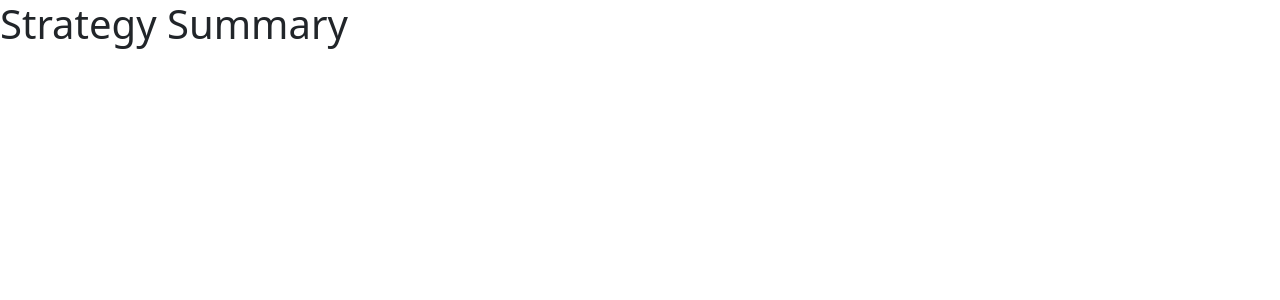
Repository: shiv-aye/stockEye
Page: src/index.html
An editor plug-in stored every save of this project. The page is shown before and after the next save, followed by the edit.
The browser window is 1280 px wide. The pictures show the whole page.
The page's requests for data from a server got no answer.

Above is the page before, as saved 2024-02-14 03:50:51.

### src/index.html
<!DOCTYPE html>
<html lang="en">

<head>
    <meta charset="UTF-8">
    <meta name="viewport" content="width=device-width, initial-scale=1.0">
    <title>Strategy Summary</title>
    <!-- Include Bootstrap 5 CSS -->
    <link rel="stylesheet" href="./../node_modules/bootstrap/dist/css/bootstrap.min.css">
    <!-- Include DataTables CSS -->
    <link rel="stylesheet" href="styles.css">
    <link rel="stylesheet" type="text/css"
        href="./../node_modules/datatables.net-bs5/css/dataTables.bootstrap5.min.css">
</head>

<body>
    <h1>Strategy Summary</h1>

    <!-- Container for tables -->
    <div id="tables-container"></div>

    <!-- Include jQuery -->
    <script src="../node_modules/jquery/dist/jquery.min.js"></script>

    <!-- Include Bootstrap 5 JavaScript -->
    <script src="../node_modules/bootstrap/dist/js/bootstrap.bundle.min.js"></script>

    <!-- Include DataTables JavaScript -->
    <script type="text/javascript" src="../node_modules/datatables.net/js/jquery.dataTables.min.js"></script>
    <script type="text/javascript" src="../node_modules/datatables.net-bs5/js/dataTables.bootstrap5.min.js"></script>

    <script>
        document.addEventListener('DOMContentLoaded', async () => {
            try {
                const response = await fetch('/strategy-summary'); // Send request to fetch strategy summary
                const data = await response.json(); // Parse response JSON
                if (response.ok) {
                    // Display tables for each stock
                    const tablesContainer = document.getElementById('tables-container');
                    data.forEach(stockData => {
                        const table = createDataTable(stockData.symbol, stockData.data);
                        tablesContainer.appendChild(table);
                    });
                } else {
                    console.error('Error fetching strategy summary:', data.error);
                }
            } catch (error) {
                console.error('Error fetching strategy summary:', error);
            }
        });

        // Function to create DataTable for a stock
        function createDataTable(symbol, stockData) {
            // Modify the symbol to make it suitable for use in an HTML ID
            const tableId = symbol.replace(/\W/g, '_') + '-table';

            // Create table element
            const table = document.createElement('table');
            table.id = tableId;
            table.classList.add('display');

            // Create table header
            const thead = document.createElement('thead');
            const headerRow = document.createElement('tr');
            ['Date', 'Closing Price', '% Change (Day)', '% Change (Week)'].forEach(column => {
                const th = document.createElement('th');
                th.textContent = column;
                headerRow.appendChild(th);
            });
            thead.appendChild(headerRow);
            table.appendChild(thead);

            // Create table body
            const tbody = document.createElement('tbody');
            stockData.forEach(data => {
                const row = document.createElement('tr');
                ['date', 'closingPrice', 'percentChangeDay', 'percentChangeWeek'].forEach(property => {
                    const cell = document.createElement('td');
                    cell.textContent = data[property];
                    row.appendChild(cell);
                });
                tbody.appendChild(row);
            });
            table.appendChild(tbody);

            // Initialize DataTable
            $(document).ready(function () {
                $('#' + tableId).DataTable();
            });

            return table;
        }
    </script>
</body>

</html>

### src/styles.css
/* styles.css */

/* Add borders to all table cells */
table {
    border-collapse: collapse;
    width: 100%;
}

table, th, td {
    border: 1px solid black;
}

/* Style table header */
th {
    background-color: #f2f2f2;
    color: black;
    padding: 8px;
    text-align: left;
}

/* Style table rows */
tr:hover {
    background-color: #f5f5f5;
}

/* Style table data cells */
td {
    padding: 8px;
    text-align: left;
}

/* Align table content to center */
#tables-container {
    text-align: center;
}

/* Apply pagination style */
.dataTables_paginate {
    margin-top: 10px;
}

.dataTables_paginate .paginate_button {
    border-radius: 0 !important;
    border: 1px solid #ccc;
    padding: 6px 12px;
    margin: 0 2px;
    cursor: pointer;
}

.dataTables_paginate .paginate_button:hover {
    background-color: #f2f2f2;
}

Loaded but not shown: node_modules/bootstrap/dist/css/bootstrap.min.css (library); node_modules/datatables.net-bs5/css/dataTables.bootstrap5.min.css (library); node_modules/jquery/dist/jquery.min.js (library); node_modules/bootstrap/dist/js/bootstrap.bundle.min.js (library); node_modules/datatables.net/js/jquery.dataTables.min.js (library); node_modules/datatables.net-bs5/js/dataTables.bootstrap5.min.js (common file)

After the next save:
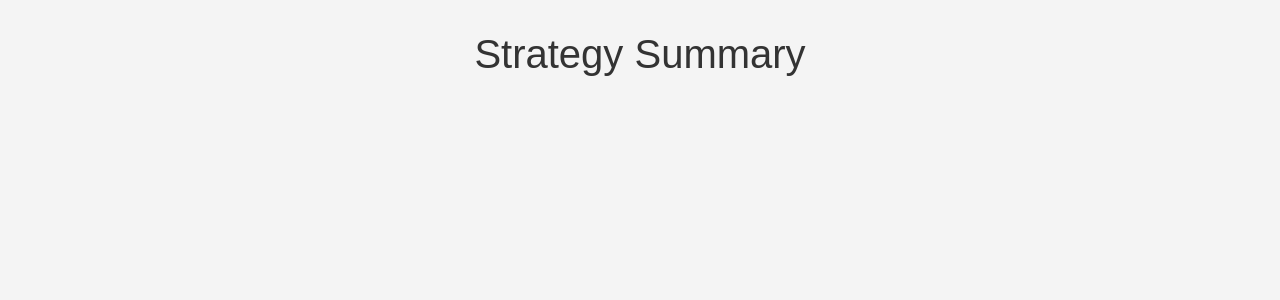
Saved 105 s later.
--- a/src/styles.css
+++ b/src/styles.css
@@ -1,52 +1,73 @@
 /* styles.css */
 
-/* Add borders to all table cells */
-table {
-    border-collapse: collapse;
-    width: 100%;
+/* Body styling */
+body {
+    font-family: Arial, sans-serif;
+    background-color: #f4f4f4;
+    margin: 0;
+    padding: 0;
 }
 
-table, th, td {
-    border: 1px solid black;
+/* Heading styling */
+h1 {
+    text-align: center;
+    color: #333;
+    margin-top: 30px;
 }
 
-/* Style table header */
+/* Table styling */
+table {
+    width: 100%;
+    border-collapse: collapse;
+    margin-top: 20px;
+}
+
+th, td {
+    padding: 12px;
+    text-align: left;
+    border-bottom: 1px solid #ddd;
+}
+
 th {
     background-color: #f2f2f2;
-    color: black;
-    padding: 8px;
-    text-align: left;
+    color: #333;
 }
 
-/* Style table rows */
 tr:hover {
     background-color: #f5f5f5;
 }
 
-/* Style table data cells */
-td {
-    padding: 8px;
-    text-align: left;
+/* Button styling */
+button {
+    background-color: #007bff;
+    color: #fff;
+    border: none;
+    padding: 10px 20px;
+    border-radius: 5px;
+    cursor: pointer;
+    transition: background-color 0.3s ease;
 }
 
-/* Align table content to center */
-#tables-container {
+button:hover {
+    background-color: #0056b3;
+}
+
+/* Pagination styling */
+.dataTables_paginate {
+    margin-top: 20px;
     text-align: center;
 }
 
-/* Apply pagination style */
-.dataTables_paginate {
-    margin-top: 10px;
-}
-
 .dataTables_paginate .paginate_button {
-    border-radius: 0 !important;
-    border: 1px solid #ccc;
-    padding: 6px 12px;
-    margin: 0 2px;
+    padding: 8px 16px;
+    border-radius: 5px;
+    margin: 0 5px;
+    background-color: #007bff;
+    color: #fff;
+    border: none;
     cursor: pointer;
 }
 
 .dataTables_paginate .paginate_button:hover {
-    background-color: #f2f2f2;
+    background-color: #0056b3;
 }
